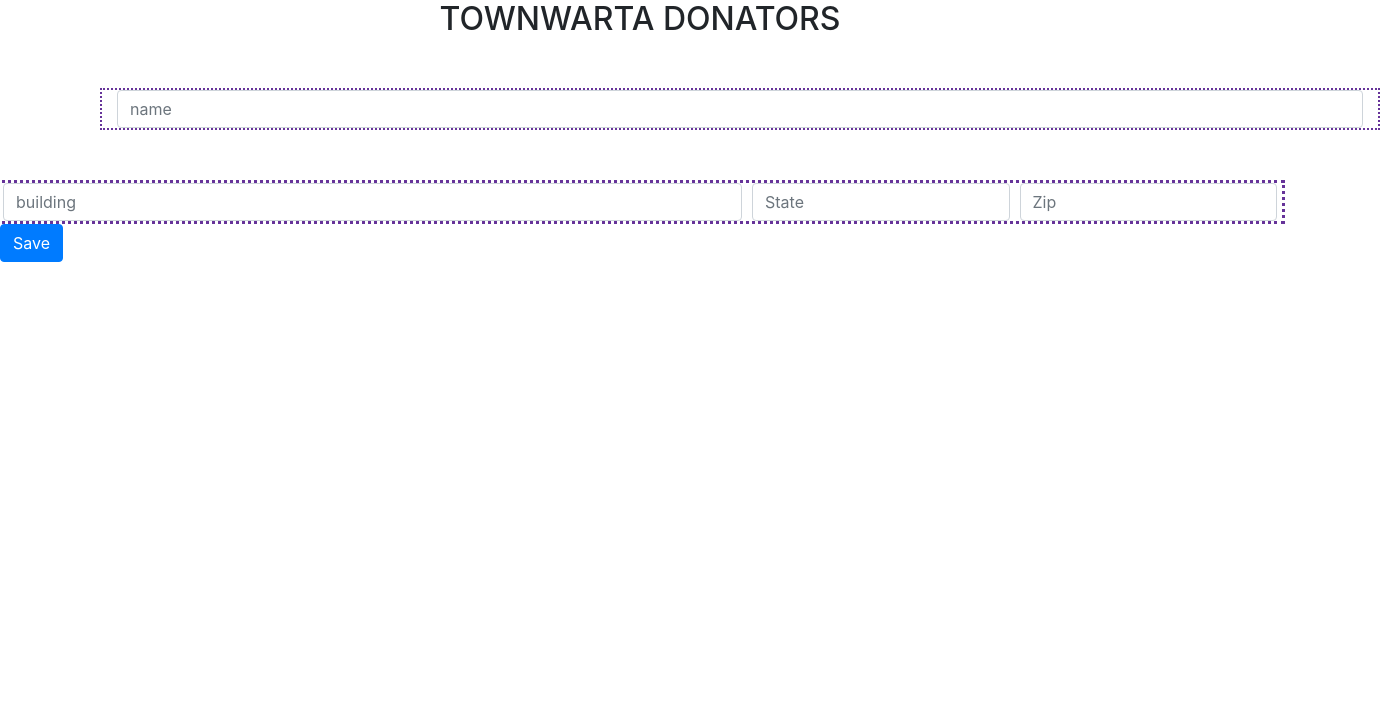
Repository: shivanand1988-28-06/townwarta
Page: http://localhost/donator/donator
The author's editor kept a copy of each file at every save. The page is drawn from the files as they stood at one save, then again after the next save.
The browser window is 1280 px wide. The page is 1380 px wide, so the pictures cover 1380 px, including what lies to the right of the window. The pictures show the whole page.
The page is served by the project's Node server (Townwarta.js). Other server files are loaded and not shown.

Above is the page before, as saved 2022-08-30 22:14:33.

### views/articles/donator.ejs

<!DOCTYPE html>
<html lang="en">
<head>
  <meta charset="UTF-8">
  <meta name="viewport" content="width=device-width, initial-scale=1.0">
  <link rel="stylesheet" href="https://maxcdn.bootstrapcdn.com/bootstrap/4.0.0/css/bootstrap.min.css" integrity="sha384-Gn5384xqQ1aoWXA+058RXPxPg6fy4IWvTNh0E263XmFcJlSAwiGgFAW/dAiS6JXm" crossorigin="anonymous">
  <meta http-equiv="X-UA-Compatible" content="ie=edge">
  <title>TOWNWARTA</title>
</head>
<body>
    <h2 style = "text-align : center ">TOWNWARTA DONATORS</h2>
    <form >
        <div class="col" style = "margin : 50px 100px 50px 100px; border: 2px rebeccapurple dotted">
            <input type="text" class="form-control" placeholder="name">
          </div>
        <div class="form-row" style = "border: 3px rebeccapurple dotted;">

          <div class="col-7">
            <input type="text" class="form-control" placeholder="building">
          </div>
          <div class="col">
            <input type="text" class="form-control" placeholder="State">
          </div>
          <div class="col">
            <input type="text" class="form-control" placeholder="Zip">
          </div>

        </div>
        <div style = "width: 100px ; float : center;">
            <button type="submit" class="btn btn-primary">Save</button>
        </div>
      </form>
</body>

### Townwarta.js

require("dotenv").config();
const express = require("express");
const mongoose = require("mongoose");
const articleRouter = require("./routes/articles");
const userRouter = require("./routes/user");
const connectDB = require("./db/connect");
const app = express();
const Article= require("./models/article");
const methodOverride = require("method-override")
const port = process.env.PORT || 3000
const path = require("path");
const donatorRouter = require("./routes/donator")

app.set("views" , path.join(__dirname , "views"))
app.set("view engine", "ejs");
// app.use(express.json());
 app.use(express.urlencoded({extended:false}));
app.use(express.static(path.join(__dirname, "public")));
app.use(methodOverride("_method"));

  app.get("/", async (req,res)=>{
    const articles = await Article.find();
    res.render("articles/index" , {articles:articles});
  });

  app.use("/" , userRouter);

app.use("/articles" , articleRouter );

app.use("/donator" , donatorRouter)
console.log(Article)


const start = async () =>{

try{

    await connectDB( process.env.MONGO_URI );
    app.listen(port,()=>{ console.log(`app is running over port ${port}`)});

}catch(error) {

    console.log(error);

}

}

start();

### routes/donator.js
const express = require("express");
const donatorRouter = express.Router();
const Donator = require("../models/donator");



donatorRouter.post("/donator", async(req,res) => {
    let {name , createdAt , address} = req.body ;
    let donator = await Donator.create({name : name , createdAt : createdAt , address : address});

} );

donatorRouter.get("/donator" , (req,res)=>{
    res.render("articles/donator");
})

module.exports = donatorRouter

After the next save:
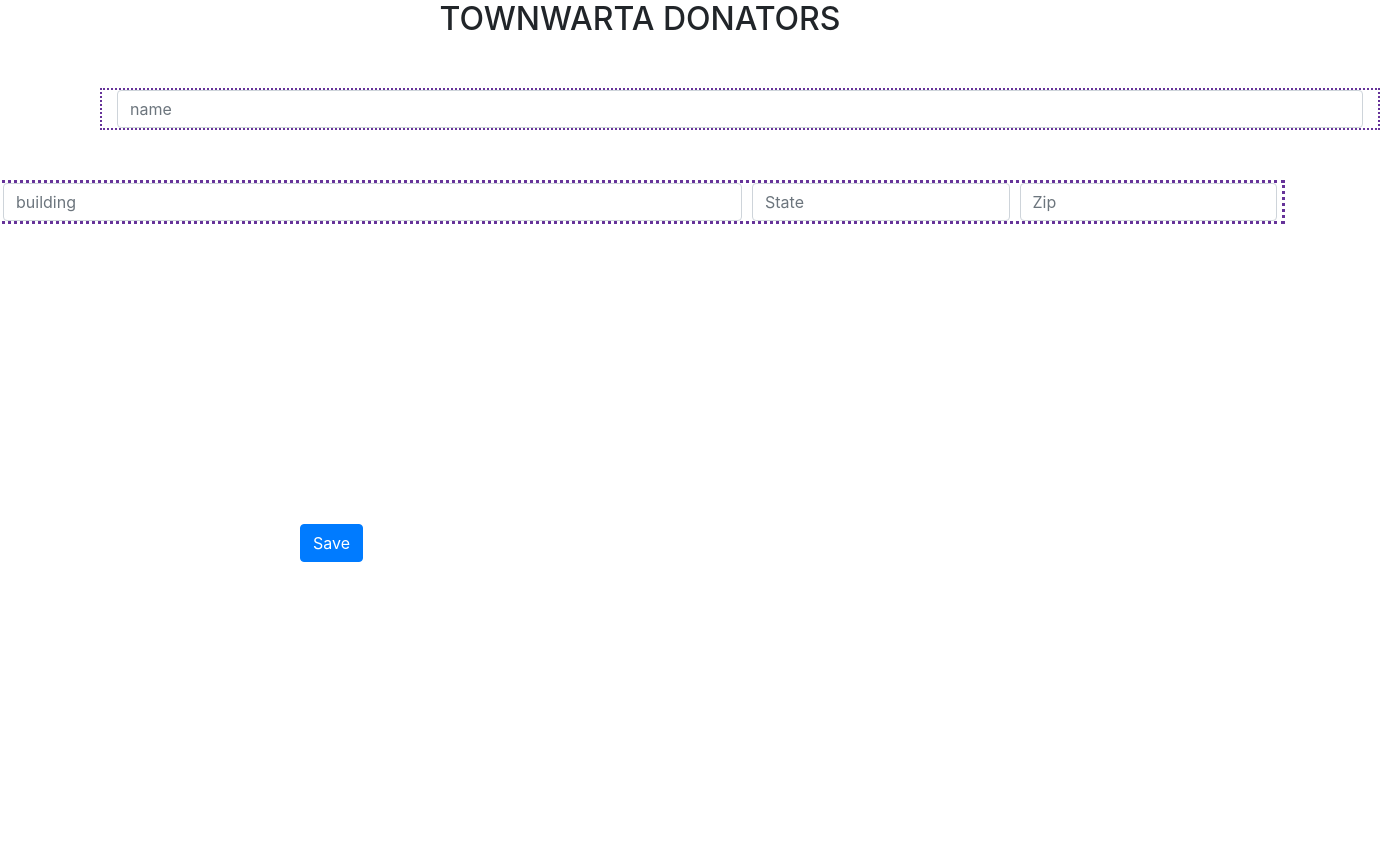
Saved 61 s later.
--- a/views/articles/donator.ejs
+++ b/views/articles/donator.ejs
@@ -27,7 +27,7 @@
           </div>
 
         </div>
-        <div style = "width: 100px ; float : center;">
+        <div style = "padding:300px;">
             <button type="submit" class="btn btn-primary">Save</button>
         </div>
       </form>
